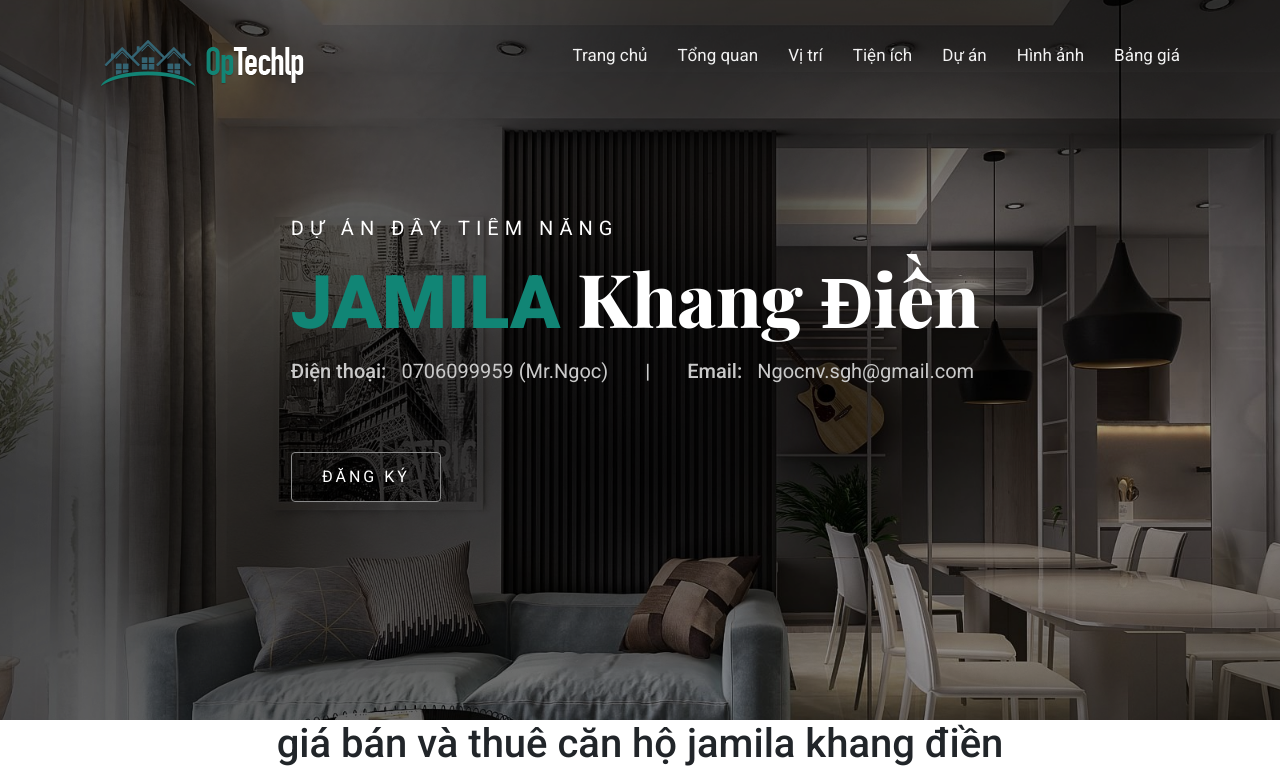
Repository: phunobi1807/Myweb
Page: index.html
The author's editor kept a copy of each file at every save. The page is drawn from the files as they stood at one save, then again after the next save.
The browser window is 1280 px wide. The pictures show the whole page.
Some web fonts or font styles are not loaded; a fallback is used.

Above is the page before, as saved 2021-05-14 11:14:11.

After the next save:
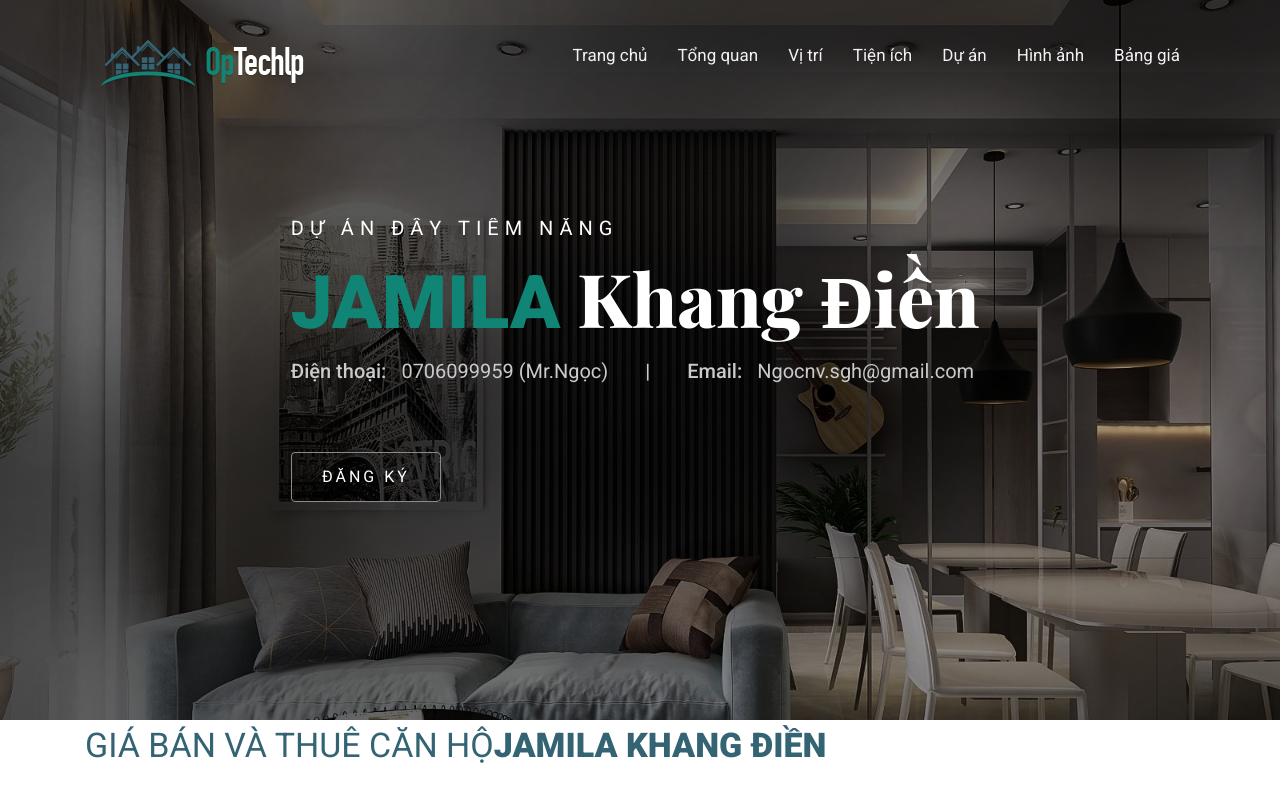
Saved 21 s later.
--- a/index.html
+++ b/index.html
@@ -42,7 +42,7 @@
     <section class="price-apartment">
         <div class="container text-center">
             <div class="list-price-apartment">
-                <h1>giá bán và thuê căn hộ <span>jamila khang điền</span></h1>
+                <p>giá bán và thuê căn hộ <span>jamila khang điền</span></p>
             </div>
         </div>
     </section>

After the 4 saves that followed:
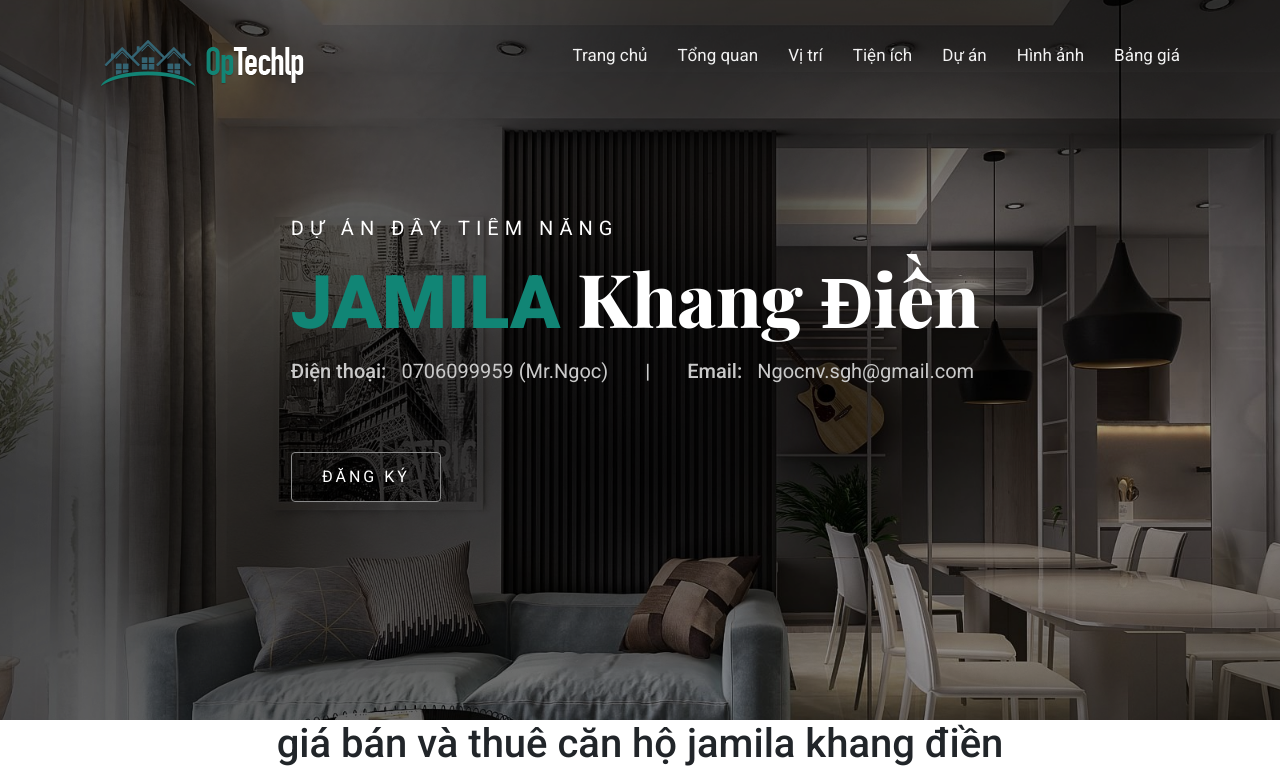
The 4 saves are shown as one change because 3 left the picture as it was.
The last was saved 73 s later.
--- a/index.html
+++ b/index.html
@@ -42,7 +42,7 @@
     <section class="price-apartment">
         <div class="container text-center">
             <div class="list-price-apartment">
-                <p>giá bán và thuê căn hộ <span>jamila khang điền</span></p>
+                <h1>giá bán và thuê căn hộ <span>jamila khang điền</span></h1>
             </div>
         </div>
     </section>
--- a/css/style.css
+++ b/css/style.css
@@ -159,6 +159,7 @@
         text-transform: uppercase;
         font-weight: 400;
         color: #346473;
+        text-align: center;
     }
 
     .price-apartment p span {
